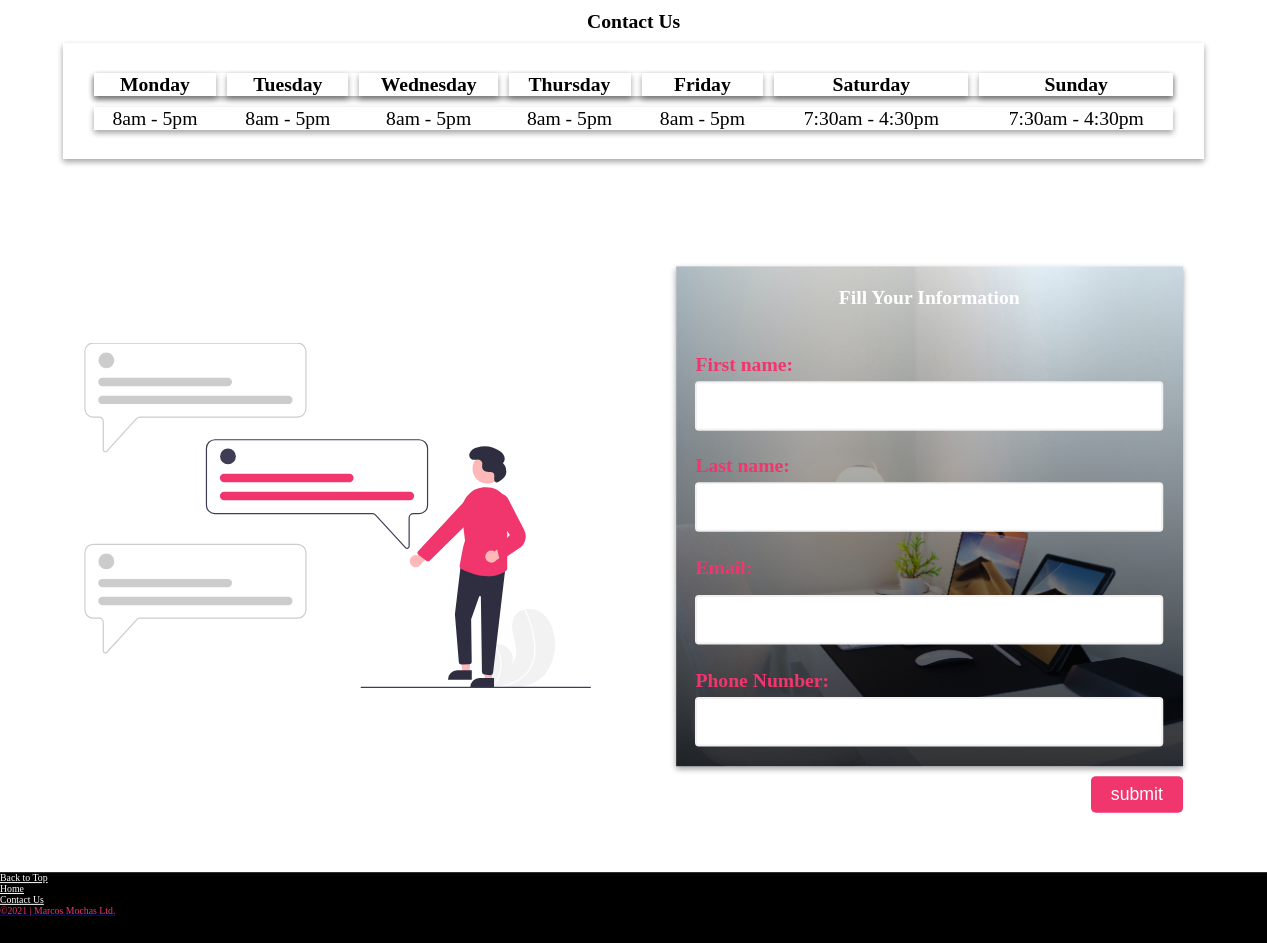
Repository: CAMPSLOPY/marcos-mochas
Page: HTML/contact.html
These files come from the project's save history. The page is drawn as it stood at one moment and after a run of saves; the edit follows.
The browser window is 1280 px wide. The pictures show the whole page, at 99% of full size.

Above is the page before, as saved 2021-07-02 21:39:47.

After the next 3 saves:
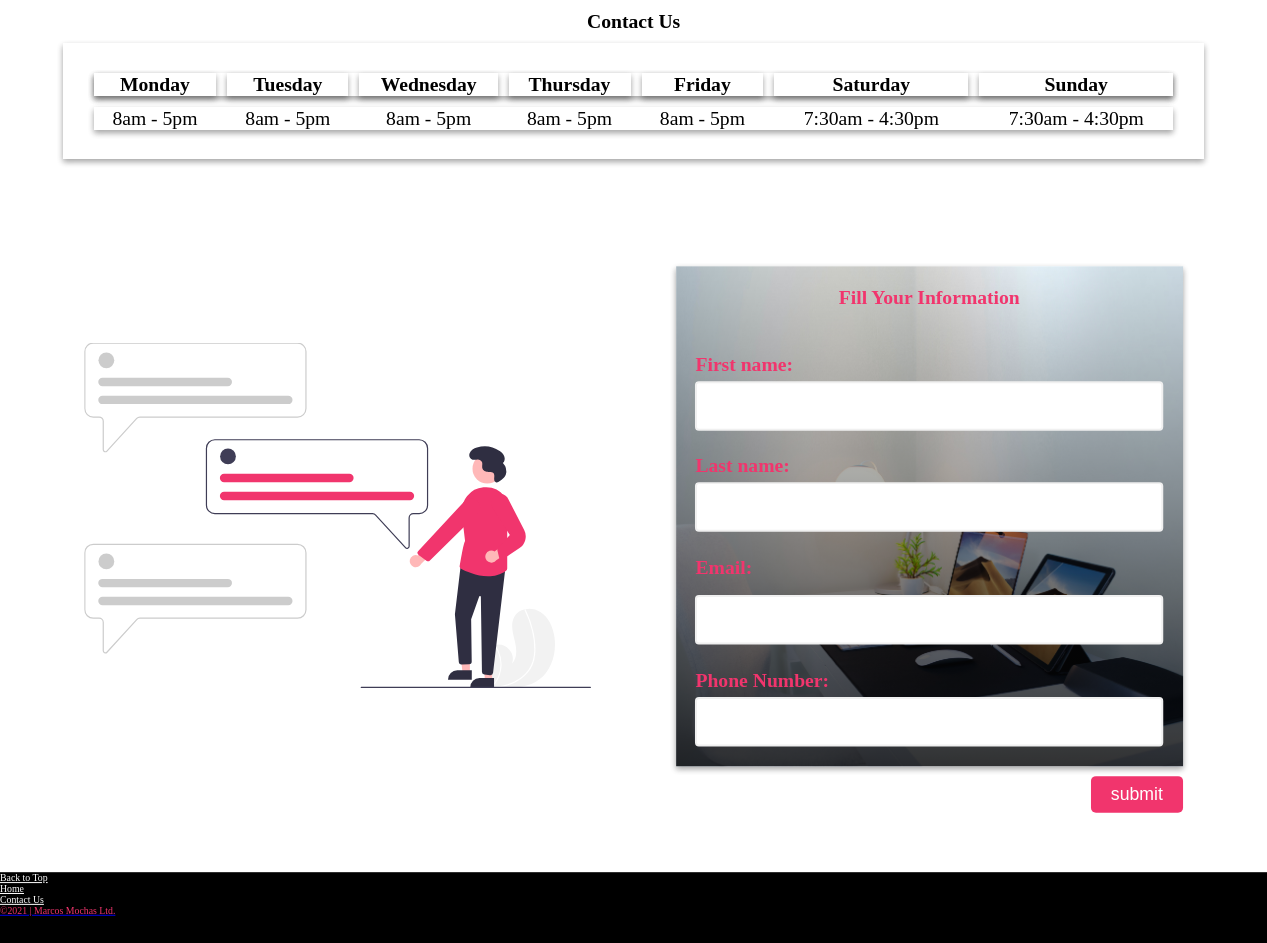
The 3 saves are shown as one change because they came seconds apart.
The last was saved 36 s later.
--- a/CSS/contact.css
+++ b/CSS/contact.css
@@ -85,6 +85,7 @@ table tr,th {
 .contact-form h2 {
   font-size: 2rem;
   padding: 2rem 0rem;
+  color: #f1356d;
 }
 .form-control {
   margin: 2rem;
